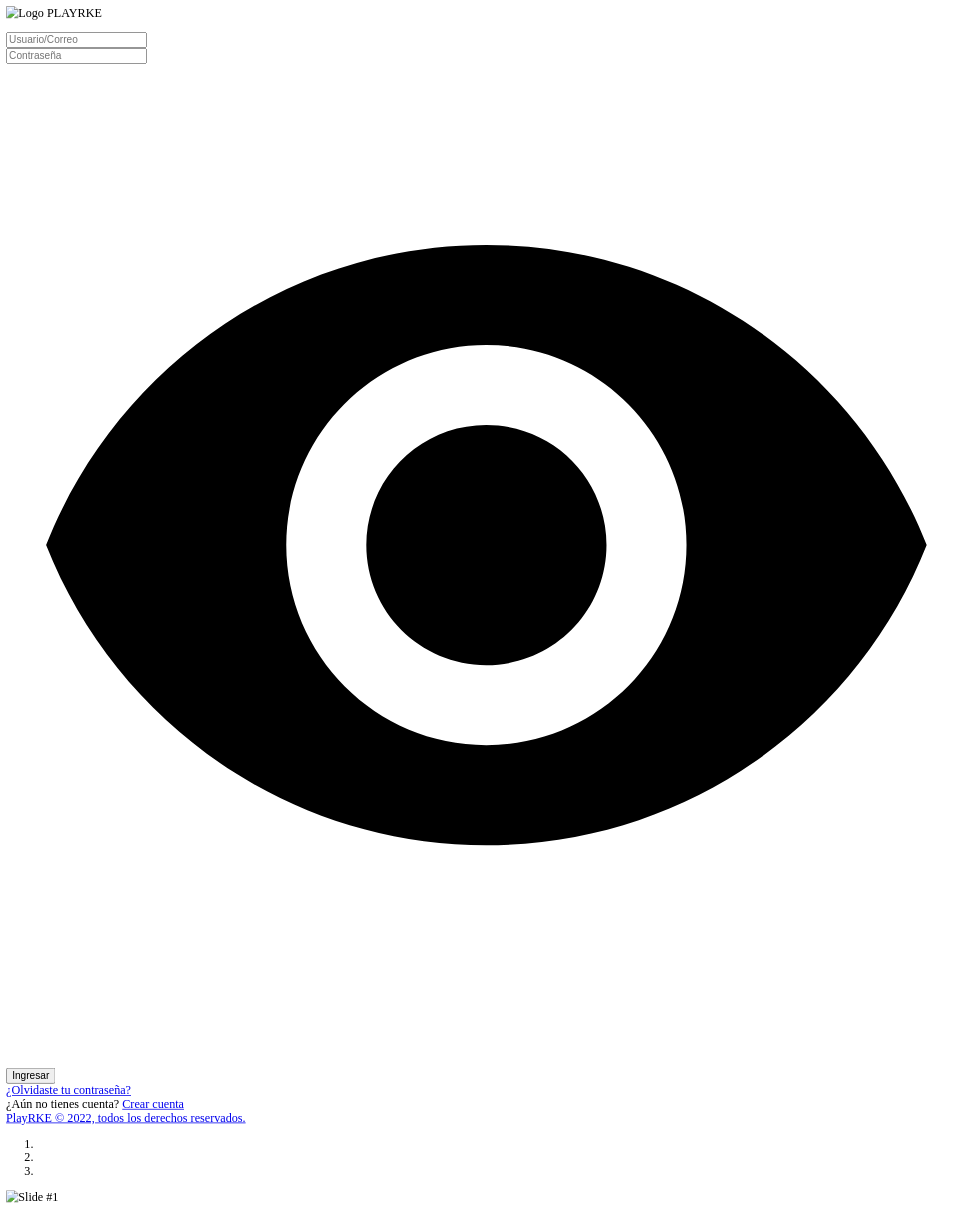
Repository: earo191/RKE
Page: http://localhost/login
These files come from the project's save history. The page is drawn as it stood at one moment and after the next save; the edit follows.
The browser window is 1280 px wide. The pictures show the whole page, at 76% of full size.
The page is served by the project's Laravel application, run on PHP 8.4 with Laravel 8.

Above is the page before, as saved 2022-05-31 14:57:35.
Console error: ReferenceError: $ is not defined

After the next save:
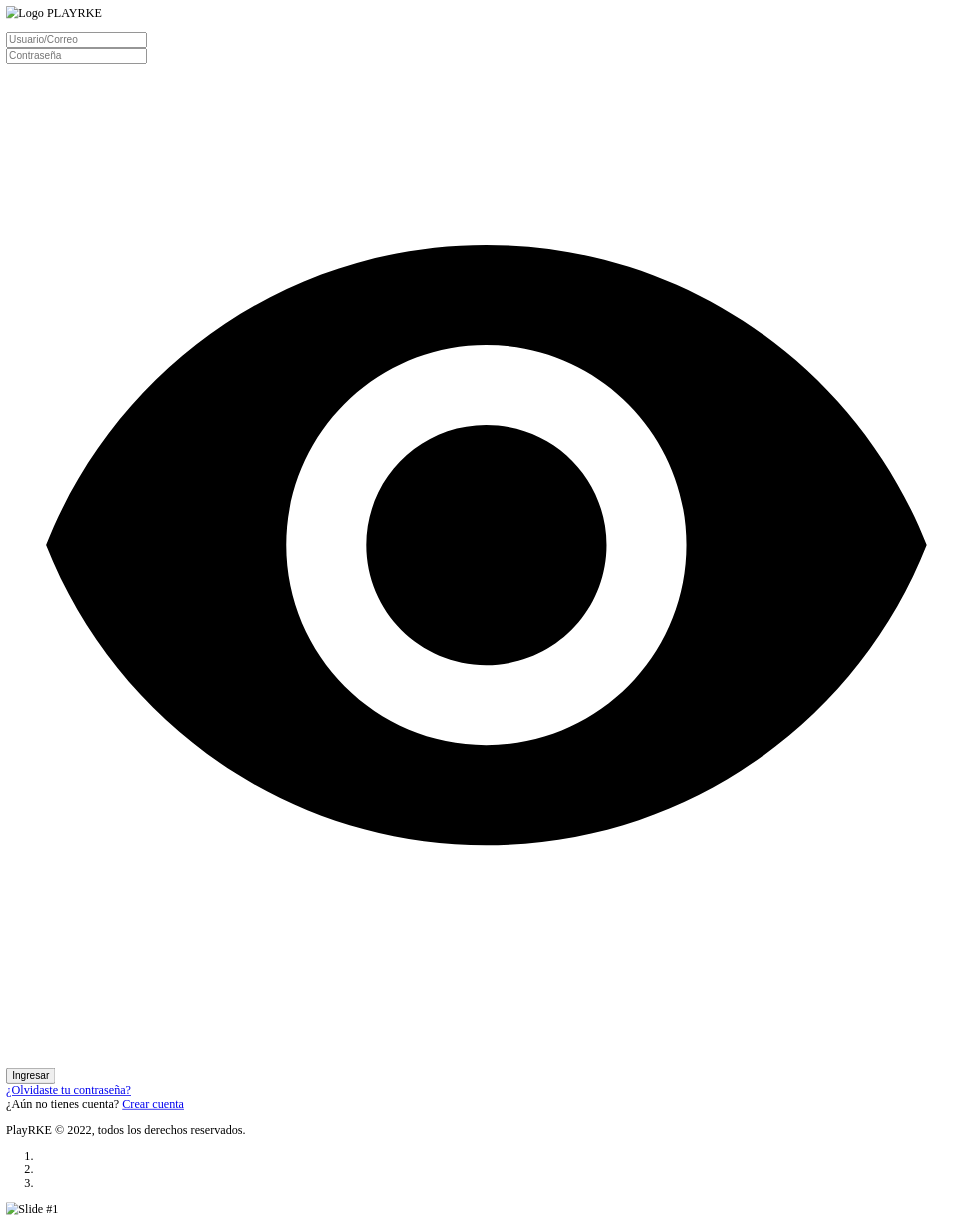
Saved 3 min 30 s later.
--- a/resources/views/auth/login.blade.php
+++ b/resources/views/auth/login.blade.php
@@ -51,7 +51,7 @@
         </a>
       </article>
       <div class="text-center">
-        <a href="{{ route('info.terminos') }}">PlayRKE © 2022, todos los derechos reservados.</a>
+        <p>PlayRKE © 2022, todos los derechos reservados.</p>
       </div>
     </footer>
 </article>
